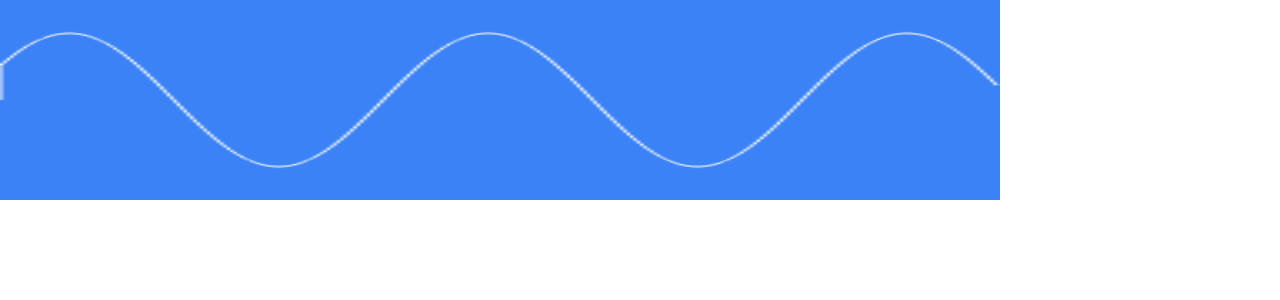
Repository: TMuse333/quantum-experiments
Page: /
The author's editor kept a copy of each file at every save. The page is drawn from the files as they stood at one save, then again after the next save.
The browser window is 1280 px wide. The pictures show the whole page.
The project was rebuilt for these pictures with package versions that can differ from the ones it lists, and the page was loaded fresh each time. Also part of the build but not shown: vite.config.ts.

Above is the page before, as saved 2024-06-08 18:06:23.

### src/App.tsx
import { useState } from 'react'
import reactLogo from './assets/react.svg'
import viteLogo from '/vite.svg'
import './App.css'
import SineWave from './components/wave/wave'

function App() {
  const [count, setCount] = useState(0)

  return (
    <>
    <div className='bg-blue-800 absolute top-0 left-0
    flex items-center justify-center'>


     <SineWave/>
     </div>
    </>
  )
}

export default App

### src/components/wave/wave.tsx
import React, { useRef, useEffect } from 'react';

const SineWave: React.FC = () => {
  const canvasRef = useRef<HTMLCanvasElement | null>(null);

  useEffect(() => {
    const canvas = canvasRef.current;
    if (!canvas) return;

    const c = canvas.getContext('2d');
    if (!c) return;

    const wave = {
      amplitude: 50,
      frequency: 0.05, // Slower wave
      speed: 0.03, // Slower speed
      xOffset: 0,
      yOffset: canvas.height / 2,
      waveColor: '#fff'
    };

    const draw = () => {
      c.clearRect(0, 0, canvas.width, canvas.height);
      c.beginPath();
      c.moveTo(0, wave.yOffset);
      for (let x = 0; x < canvas.width; x++) {
        const y = wave.yOffset + Math.sin(x * wave.frequency + wave.xOffset) * wave.amplitude;
        c.lineTo(x, y);
      }
      c.strokeStyle = wave.waveColor;
      c.stroke();
      wave.xOffset += wave.speed;
      requestAnimationFrame(draw);
    };

    draw();

    // const resizeHandler = () => {
    //   canvas.width = window.innerWidth;
    //   canvas.height = window.innerHeight;

    // };

    // window.addEventListener('resize', resizeHandler);

    // return () => {
    //   window.removeEventListener('resize', resizeHandler);
    // };
  }, []);

  return  (
    <div className='w-screen bg-blue-500 relative
    h-[200px] max-w-[1000px] ml-auto mr-auto'>


  <canvas className='h-full ml-auto mr-auto w-full'
   ref={canvasRef} />
     </div>
  )
};

export default SineWave;

Loaded but not shown: index.html (common file); src/main.tsx (common file); src/index.css (common file); src/App.css (common file); tailwind.config.js (common file)

After the next save:
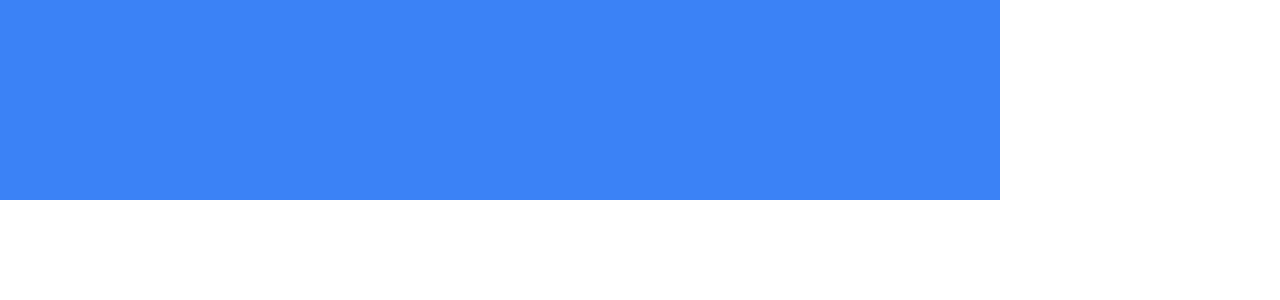
Saved 61 s later.
--- a/src/components/wave/wave.tsx
+++ b/src/components/wave/wave.tsx
@@ -53,8 +53,8 @@ const SineWave: React.FC = () => {
     h-[200px] max-w-[1000px] ml-auto mr-auto'>
 
 
-  <canvas className='h-full ml-auto mr-auto w-full'
-   ref={canvasRef} />
+  {/* <canvas className='h-full ml-auto mr-auto w-full'
+   ref={canvasRef} /> */}
      </div>
   )
 };
